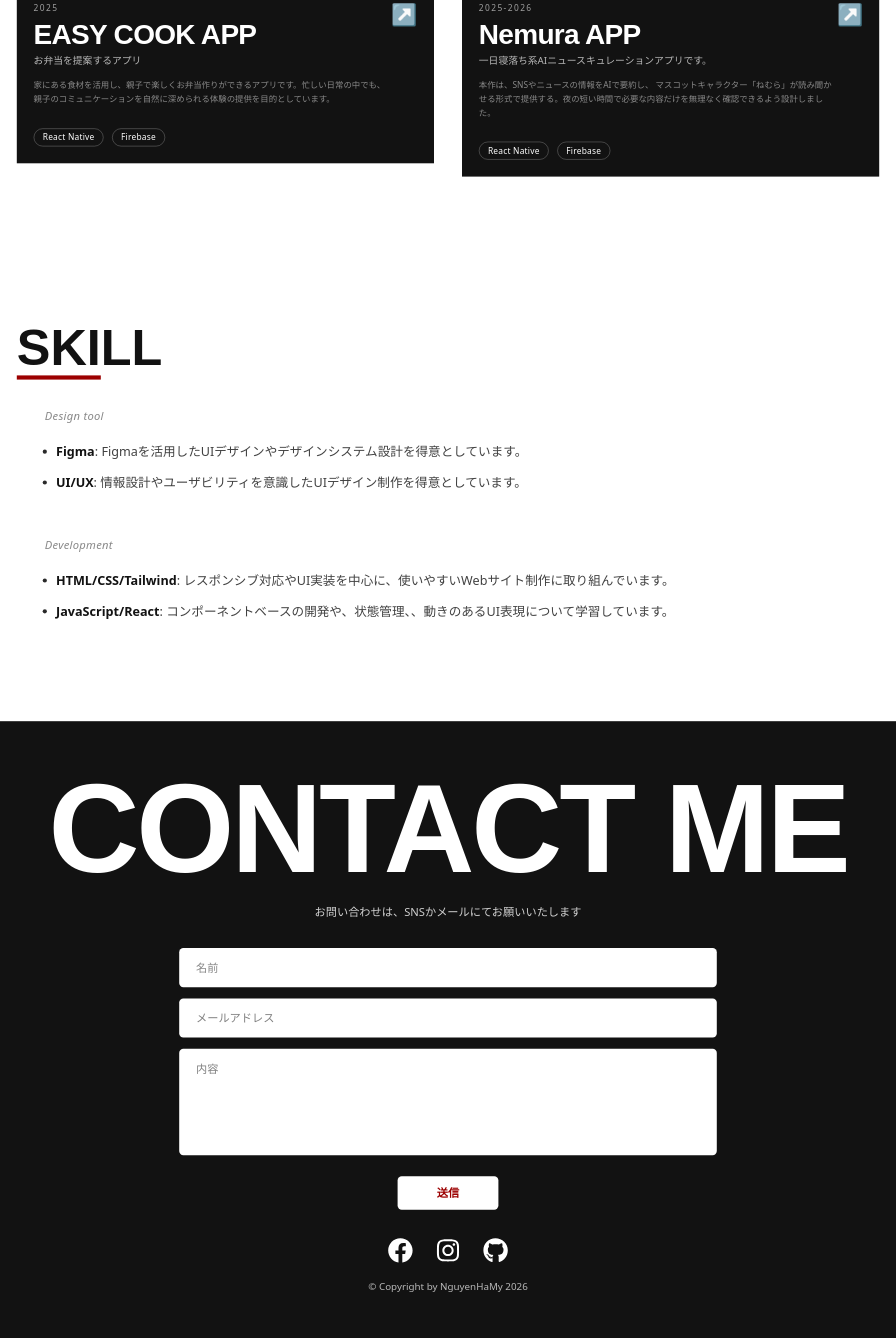
Repository: meme2603/Portfolio-HaMy
Page: / (app in my-portfolio/)
An editor plug-in stored every save of this project. The page is shown before and after the next save, followed by the edit.
The browser window is 1280 px wide. The pictures show the part of the page from y = 4346 to 6266 px (the page is 6258 px tall before and 6266 px after), at 70% of full size.
Some web fonts or font styles are not loaded; a fallback is used. The project was rebuilt for these pictures with package versions that can differ from the ones it lists, and the page was loaded fresh each time. Also part of the build but not shown: my-portfolio/vite.config.js.

Above is the page before, as saved 2026-05-29 14:54:24.

### my-portfolio/index.html
<!doctype html>
<html lang="ja">
  <head>
    <meta charset="UTF-8" />

    <link rel="icon" type="image/png" href="/memex2.png" />
    <meta name="viewport" content="width=device-width, initial-scale=1.0" />
    <title>My Portfolio</title>
    <link rel="preconnect" href="https://fonts.googleapis.com" />
    <link rel="preconnect" href="https://fonts.gstatic.com" crossorigin />
    <link
      href="https://fonts.googleapis.com/css2?family=Akshar:wght@300..700&family=Poppins:wght@300;400;600;700&display=swap"
      rel="stylesheet"
    />
  </head>
  <body>
    <div id="root"></div>

    <script type="module" src="/src/main.jsx"></script>
  </body>
</html>

### my-portfolio/src/main.jsx
import React from "react";
import ReactDOM from "react-dom/client";
import App from "./App";
import "./index.css";

ReactDOM.createRoot(document.getElementById("root")).render(
  <React.StrictMode>
    <App />
  </React.StrictMode>,
);

### my-portfolio/src/App.jsx
import Header from "./components/Header";
import Hero from "./components/Hero";
import About from "./components/About";
import Projects from "./components/Projects";
import Skills from "./components/Skills";
import Contact from "./components/Contact";
function App() {
  return (
    <div className="App">
      <Header />
      <Hero />
      <About />
      <Projects />
      <Skills />
      <Contact />
    </div>
  );
}

export default App;

### my-portfolio/src/index.css
@import "tailwindcss";
@theme {
  --color-primary: #9c0000;
  --color-background: #fff;
  --color-font: #121212;

  --opacity-overlay: 0.65;
  --opacity-glass: 0.1;

  --font-poppins: "Poppins", sans-serif;
  --font-akshar: "Akshar", sans-serif;
}

### my-portfolio/src/components/Header.jsx
import { useState } from "react";
function MenuItem({ text }) {
  return (
    <li>
      <a
        href={`#${text.toLowerCase()}`}
        className="text-primary text-xl relative group transition-colors"
      >
        {text}
        <span
          className="
            absolute left-0 -bottom-[4px] w-0 h-[1px] bg-primary
            transition-all duration-300 group-hover:w-full
          "
        ></span>
      </a>
    </li>
  );
}

function Header() {
  const [isOpen, setIsOpen] = useState(false);
  const menuItems = ["About", "Projects", "Contact"];
  return (
    <header className="fixed top-0 left-0 w-full h-24 bg-background border-b border-gray-300 z-60">
      <div className="max-w-7xl mx-auto h-full px-6 flex justify-between items-center">
        <div className="shrink-0">
          <a
            href="/"
            className="text-4xl text-primary font-semibold font-akshar"
          >
            HA MY
          </a>
        </div>

        <nav className="hidden lg:block">
          <ul className="flex space-x-10">
            {menuItems.map((item) => (
              <MenuItem key={item} text={item} />
            ))}
          </ul>
        </nav>

        <button
          onClick={() => setIsOpen(!isOpen)}
          className="block lg:hidden text-primary focus:outline-none z-50"
          aria-label="Menu"
        >
          <svg
            xmlns="http://www.w3.org/2000/svg"
            className="h-8 w-8"
            fill="none"
            viewBox="0 0 24 24"
            stroke="currentColor"
          >
            <path
              strokeLinecap="round"
              strokeLinejoin="round"
              strokeWidth="2"
              d={isOpen ? "M6 18L18 6M6 6l12 12" : "M4 6h16M4 12h16M4 18h16"}
            />
          </svg>
        </button>

        <div
          className={`
            absolute top-24 left-0 w-full bg-background border-b border-gray-300
            flex flex-col items-center shadow-lg lg:hidden
            overflow-hidden transition-all duration-700 ease-in-out
            ${isOpen ? "max-h-96 opacity-100 py-8 space-y-6" : "max-h-0 opacity-0 py-0 space-y-0 border-none"}
          `}
        >
          <div className="flex flex-col items-center w-full py-6 space-y-6">
            <a
              href="#about"
              onClick={() => setIsOpen(false)}
              className="text-primary text-2xl transition-opacity duration-700"
            >
              About
            </a>
            <a
              href="#projects"
              onClick={() => setIsOpen(false)}
              className="text-primary text-2xl transition-opacity duration-700"
            >
              Projects
            </a>
            <a
              href="#contact"
              onClick={() => setIsOpen(false)}
              className="text-primary text-2xl transition-opacity duration-700"
            >
              Contact
            </a>
          </div>
        </div>
      </div>
    </header>
  );
}

export default Header;

### my-portfolio/src/components/Hero.jsx
import avatarImg from "../assets/avatar.png";
function Hero() {
  return (
    <section className="relative w-full h-[calc(100vh-88px)] mt-24 bg-background overflow-hidden flex flex-col items-center pb-16">
      <div className="w-full pt-10 pb-5 z-20">
        <h1
          className="
            text-[90px]
            md:text-[140px]
            lg:text-[210px]
            font-bold
            font-akshar
            text-center
            leading-[0.7]
            text-font
            tracking-tighter
          "
        >
          PORTFOLIO
        </h1>
      </div>

      <div className="relative w-full max-w-[1440px] flex flex-col md:flex-row items-center md:items-end justify-center z-30">
        {/* LEFT */}
        <div className="flex-1 flex justify-center pb-8 md:pb-60 lg:pb-80">
          <div className="flex flex-col items-center text-center space-y-2">
            <p className="text-sm md:text-base lg:text-lg font-poppins">Hi!</p>

            <p className="text-sm md:text-base lg:text-lg font-poppins">
              My name is{" "}
              <span className="font-semibold text-base md:text-lg lg:text-xl font-poppins">
                NGUYEN THI HA MY
              </span>
            </p>

            <p className="text-base md:text-lg lg:text-xl font-light">
              I'm from VietNam
            </p>
          </div>
        </div>

        <div className="relative flex justify-center shrink-0">
          <img
            src={avatarImg}
            alt="Ha My"
            className="
              block
              h-[320px]
              md:h-[460px]
              lg:h-[601px]
              object-cover

            "
          />
        </div>

        <div className="flex-1 flex justify-center pb-8 md:pb-60 lg:pb-80">
          <div className="flex flex-col text-center space-y-2">
            <p className="text-base md:text-lg lg:text-xl font-light">
              I'm{" "}
              <span className="font-semibold text-base md:text-lg lg:text-xl">
                UI/UX Designer
              </span>{" "}
              and
            </p>

            <p className="text-base md:text-lg lg:text-xl font-semibold font-poppins">
              Design Engineer
            </p>

            <p className="text-sm md:text-base lg:text-lg font-light font-poppins">
              Now I'm living in Japan.
            </p>
          </div>
        </div>
      </div>
      <div className="absolute h-13 bottom-0 left-0 w-full bg-font py-3 md:py-4"></div>
      <div className="relative w-full mt-0 md:mt-0 lg:-mt-40 z-40">
        <div className="relative flex justify-center leading-none -mb-8 lg:-mb-12">
          <span
            className="
              absolute
              inset-0
              flex
              justify-center
              translate-x-[4px]
              translate-y-[4px]
              lg:text-[200px]
              md:text-[110px]
              sm:text-[80px]
              font-bold
              font-akshar
              tracking-tighter
              text-font
            "
          >
            Designer
          </span>

          <h2
            className="
              relative
              lg:text-[200px]
              md:text-[110px]
              sm:text-[80px]
              font-bold
              font-akshar
              tracking-tighter
              text-primary
            "
          >
            Designer
          </h2>
        </div>
      </div>

      {/* <div
        className="absolute
                  bottom-3
                  left-1/2
                  -translate-x-1/2
                  z-50
                  px-10
                  py-0.5"
      >
        <p className="text-background text-center text-[10px] md:text-xs font-light tracking-[2px]">
          This is my portfolio. Hope you enjoy it !
        </p>
      </div> */}
    </section>
  );
}

export default Hero;

### my-portfolio/src/components/About.jsx
import aboutImg from "../assets/about.jpg";
function About() {
  return (
    <section className="relative w-full h-auto py-24 bg-background overflow-hidden mt-16">
      <div className="max-w-7xl mx-auto px-6 md:px-10">
        {/* TITLE */}
        <div className="mb-16">
          <h1 className="text-5xl md:text-6xl lg:text-7xl font-bold font-akshar text-font leading-none">
            ABOUT ME
          </h1>

          <div className="w-[80px] md:w-[100px] lg:w-[120px] lg:h-[6px] md:h-[5px] h-[4px] bg-primary mt-1"></div>
        </div>

        {/* CONTENT */}
        <div className="flex flex-col lg:flex-row items-center lg:items-start gap-16">
          {/* LEFT */}
          <div className="w-full lg:w-[380px] shrink-0">
            <div className="bg-white rounded-2xl shadow-md p-5">
              <img
                src={aboutImg}
                alt="About Me"
                className="w-full  h-[300px] object-cover rounded-xl"
              />

              <div className="mt-5">
                <h2 className="text-3xl font-akshar font-bold tracking-wide text-font">
                  NGUYEN THI HA MY
                </h2>

                <p className="text-font/70 text-lg mt-1">2001.03.30</p>
              </div>

              <div className="flex gap-3 mt-6">
                <span className="border border-font rounded-full px-4 py-2 text-sm">
                  UI/UX Designer
                </span>

                <span className="border border-font rounded-full px-4 py-2 text-sm">
                  Design Engineer
                </span>
              </div>
            </div>
          </div>

          {/* RIGHT */}
          <div className="flex-1 max-w-[760px]">
            <h2 className="text-2xl md:text-3xl font-semibold font-akshar text-primary tracking-[4px] mb-8">
              PROFILE!!
            </h2>

            <div className="space-y-6 text-font leading-[2.2] text-sm md:text-base lg:text-lg">
              <p>
                ベトナム出身の
                <span className="font-semibold">
                  グエン ティ ハ ミー（ NGUYEN THI HA MY）
                </span>
                です。
              </p>

              <p>
                現在は専門学校で、
                <span className="font-semibold">デザインやコーディング </span>
                について学びながらWeb制作やフロントエンド技術の基礎を学んでおります。
              </p>

              <p>
                2021年に来日し、最初の1年間は日本語学校で日本語を学びました。
                <br />
                その後、ビジネス専門学校に進学し、日本の文化やビジネスマナー、コミュニケーション力を身につけてまいりました。
                その中で、コンピュータの授業を通して、Webデザインという職業があることを初めて知り、興味を持つようになりました。
              </p>

              <p>
                留学生として日本とベトナム両方の文化に触れてきた経験を活かし、将来はユーザーの多様な視点やニーズを理解し、最適な体験をデザインする
                <span className="font-semibold text-primary text-xl">
                  UI/UXデザイナー
                </span>
                を目指しております。
              </p>
            </div>
          </div>
        </div>
      </div>
    </section>
  );
}
export default About;

### my-portfolio/src/components/Projects.jsx
import ProjectSection from "./ProjectSection";
import { websiteProjects, appProjects } from "./ProjectsData";

function Projects() {
  return (
    <section className="pt-20 bg-background">
      <div className="max-w-7xl mx-auto px-6">
        <h1 className="text-5xl md:text-6xl lg:text-7xl font-akshar font-bold text-font">
          PROJECTS
        </h1>
        <div className="w-[80px] md:w-[100px] lg:w-[120px] lg:h-[6px] md:h-[5px] h-[4px] bg-primary mt-1 mb-20"></div>
        <ProjectSection
          title="Website Design"
          description="学校で学んだ知識を活かし、企画からデザイン、コーディングまで一貫して制作したWebプロジェクトです。"
          projects={websiteProjects}
        />
        <ProjectSection
          title="Application Design"
          description="チームプロジェクトとして、企画からUI/UX設計までチームで共同制作したモバイルアプリです。"
          projects={appProjects}
        />
      </div>
    </section>
  );
}

export default Projects;

### my-portfolio/src/components/Skills.jsx
import { skillData } from "./ProjectsData";

function Skill() {
  return (
    <section className="w-full pt-20 pb-16">
      <div className="max-w-7xl mx-auto px-6 pb-10">
        <h2 className="text-5xl md:text-6xl lg:text-7xl font-bold font-akshar text-font leading-none">
          SKILL
        </h2>

        <div className="w-[80px] md:w-[100px] lg:w-[120px] lg:h-[6px] md:h-[5px] h-[4px] bg-primary mt-1"></div>
      </div>

      <div className="max-w-7xl mx-auto px-16 space-y-16">
        {skillData.map((group, index) => (
          <div key={index}>
            <h3 className="text-base font-medium text-font/50 mb-6 tracking-wide italic">
              {group.category}
            </h3>

            <ul className="space-y-4 pl-4">
              {group.skills.map((skill, sIndex) => (
                <li key={sIndex} className="list-disc text-font/90 text-lg">
                  <span className="font-bold text-font">{skill.name}</span>
                  <span className="text-font/80 font-light">
                    : {skill.status} {skill.desc}
                  </span>
                </li>
              ))}
            </ul>
          </div>
        ))}
      </div>
    </section>
  );
}

export default Skill;

### my-portfolio/src/components/Contact.jsx
import { FaFacebook, FaInstagram, FaGithub } from "react-icons/fa";

function Contact() {
  return (
    <section className="bg-font text-background py-16 overflow-hidden mt-20">
      <div className="max-w-7xl mx-auto px-6">
        <h1
          className="
                text-center
                font-akshar
                font-bold
                leading-none
                tracking-tight
                text-[70px]
                sm:text-[100px]
                md:text-[140px]
                lg:text-[180px]
                "
        >
          CONTACT ME
        </h1>
        <p
          className="
                text-center
                text-sm
                md:text-base
                text-white/80
                mt-4
                mb-10
                "
        >
          お問い合わせは、SNSかメールにてお願いいたします
        </p>
        <form className="max-w-3xl mx-auto">
          <input
            type="text"
            placeholder="名前"
            className="
                    w-full
                    bg-background
                    text-font
                    rounded-md
                    px-6
                    py-4
                    mb-4
                    outline-none
                "
          />
          <input
            type="email"
            placeholder="メールアドレス"
            className="
                    w-full
                    bg-white
                    text-black
                    rounded-md
                    px-6
                    py-4
                    mb-4
                    outline-none
                "
          />
          <textarea
            placeholder="内容"
            rows="5"
            className="
                    w-full
                    bg-white
                    text-black
                    rounded-md
                    px-6
                    py-4
                    outline-none
                    resize-none
                "
          ></textarea>
          <div className="flex justify-center mt-6">
            <button
              className="
                    bg-background
                    text-primary
                    px-14
                    py-3
                    rounded-md
                    font-semibold
                    transition-all
                    duration-300
                    hover:scale-105
                    "
            >
              送信
            </button>
          </div>
        </form>
        <div className="flex justify-center gap-8 mt-10 text-4xl">
          <a href="/" className="hover:scale-110 transition-all duration-300">
            <FaFacebook />
          </a>

          <a href="/" className="hover:scale-110 transition-all duration-300">
            <FaInstagram />
          </a>

          <a href="/" className="hover:scale-110 transition-all duration-300">
            <FaGithub />
          </a>
        </div>

        {/* COPYRIGHT */}
        <p
          className="
                text-center
                text-sm
                text-background/70
                mt-6
                "
        >
          © Copyright by NguyenHaMy 2026
        </p>
      </div>
    </section>
  );
}

export default Contact;

### my-portfolio/src/components/ProjectSection.jsx
import ProjectCard from "./ProjectCard";

function ProjectSection({ title, description, projects }) {
  return (
    <section className="mb-32">
      <h2
        className="
          text-[32px]
          leading-none
          font-bold
          font-akshar
          tracking-tight
          text-primary
        "
      >
        {title}
      </h2>

      <p
        className="
          mt-4
          text-font/70
          leading-relaxed
        "
      >
        {description}
      </p>

      <div className="grid grid-cols-1 md:grid-cols-2 gap-10 mt-14">
        {projects.slice(0, 4).map((project, index) => (
          <ProjectCard
            key={index}
            year={project.year}
            title={project.title}
            titleJP={project.titleJP}
            description={project.desc}
            tags={project.tags}
            image={project.img}
          />
        ))}
      </div>
    </section>
  );
}

export default ProjectSection;

### my-portfolio/src/components/ProjectsData.js
// projectsData.js
// 1. Import ảnh ở đầu file để JS hiểu đường dẫn
import portfoliothumb from "../assets/portfoliothumb.jpg";
import coffeethumb from "../assets/coffeethumb.jpg";
import sneakerthumb from "../assets/sneakerthumb.jpg";
import okayamathumb from "../assets/okayamathumb.jpg";
import nemurathumb from "../assets/nemurathumb.jpg";
import easycookthumb from "../assets/easycookthumb.jpg";

export const websiteProjects = [
  {
    year: "2025",
    title: "Coffee Shop",
    titleJP: "カフェショップサイト",
    desc: "家族みんなが安心して過ごせるカフェをテーマに、Webサイトを制作しました。",
    tags: ["Figma", "HTML", "CSS", "JavaScript"],
    img: coffeethumb,
  },
  {
    year: "2026",
    title: "Portfolio.",
    titleJP: "ポートフォリオ",
    desc: "就職活動のために制作したポートフォリオサイトです。",
    tags: ["Figma", "React", "Tailwind"],
    img: portfoliothumb,
  },
  {
    year: "2025",
    title: "Sneaker LP",
    titleJP: "スニーカーLP",
    desc: "新作スニーカーの販売に向けた、ランディングページを制作しました。",
    tags: ["Figma", "HTML", "SCSS"],
    img: sneakerthumb,
  },
  {
    year: "2025",
    title: "Okayama kankou",
    titleJP: "観光サイト",
    desc: "昔話「桃太郎」をテーマに、岡山の伝説・史実・文化を体験できる観光サイトを制作しました。",
    tags: ["Figma", "UI/UX"],
    img: okayamathumb,
  },
];

export const appProjects = [
  {
    year: "2025",
    title: "EASY COOK APP",
    titleJP: "お弁当を提案するアプリ",
    desc: "家にある食材を活用し、親子で楽しくお弁当作りができるアプリです。忙しい日常の中でも、親子のコミュニケーションを自然に深められる体験の提供を目的としています。",
    tags: ["React Native", "Firebase"],
    img: easycookthumb,
  },
  {
    year: "2025-2026",
    title: "Nemura APP",
    titleJP: "一日寝落ち系AIニュースキュレーションアプリです。",
    desc: "本作は、SNSやニュースの情報をAIで要約し、 マスコットキャラクター「ねむら」が読み聞かせる形式で提供する。夜の短い時間で必要な内容だけを無理なく確認できるよう設計しました。",
    tags: ["React Native", "Firebase"],
    img: nemurathumb,
  },
];

// skillsData.js
export const skillData = [
  {
    category: "Design tool",
    skills: [
      {
        name: "Figma",
        // status: "上級",
        desc: "Figmaを活用したUIデザインやデザインシステム設計を得意としています。",
      },
      {
        name: "UI/UX",
        // status: "上級",
        desc: "情報設計やユーザビリティを意識したUIデザイン制作を得意としています。",
      },
    ],
  },
  {
    category: "Development",
    skills: [
      {
        name: "HTML/CSS/Tailwind",
        // status: "基礎レベル",
        desc: "レスポンシブ対応やUI実装を中心に、使いやすいWebサイト制作に取り組んでいます。",
      },
      {
        name: "JavaScript/React",
        // status: "基礎知識・学習中",
        desc: "コンポーネントベースの開発や、状態管理、、動きのあるUI表現について学習しています。",
      },
    ],
  },
];

### my-portfolio/src/components/ProjectCard.jsx
// ProjectCard = component dùng để hiển thị 1 project card
function ProjectCard({ year, title, titleJP, description, tags, image }) {
  return (
    <div className="group cursor-pointer ">
      <div className="overflow-hidden bg-font">
        <img
          src={image}
          alt={title}
          className="
            w-full
            object-cover
            transition-all
            duration-500
            group-hover:scale-105
            group-hover:opacity-90
          "
        />
      </div>

      {/* INFO */}
      <div className="bg-font text-background px-6 py-6 ">
        <div className="flex items-start justify-between">
          <div>
            {/* ĐIỀN NĂM VÀO ĐÂY */}
            <p className="text-[12px] tracking-[2px] text-background/60 ">
              {year}
            </p>

            {/* ĐIỀN TIÊU ĐỀ VÀO ĐÂY */}
            <h3
              className="
                text-[40px]
                leading-none
                font-bold
                font-akshar
                tracking-tight
                mt-2
              "
            >
              {title}
            </h3>

            {/* ĐIỀN TIẾNG NHẬT VÀO ĐÂY */}
            <p className="text-sm text-background/70 mt-2">{titleJP}</p>

            {/* ĐIỀN MÔ TẢ VÀO ĐÂY */}
            <p className="text-xs text-background/50 leading-relaxed mt-4">
              {description}
            </p>
          </div>

          <div
            className="
              text-3xl
              transition-transform
              duration-300
              group-hover:translate-x-1
              group-hover:-translate-y-1
            "
          >
            ↗
          </div>
        </div>

        {/* BOTTOM - CHỖ NÀY ĐỂ HIỆN TAGS TỰ ĐỘNG NÈ */}
        <div className="mt-8 flex items-center gap-3 flex-wrap">
          {tags &&
            tags.map((tag, index) => (
              <span
                key={index}
                className="
                border
                border-background/30
                rounded-full
                px-3
                py-1
                text-xs
                tracking-wide
              "
              >
                {tag}
              </span>
            ))}
        </div>
      </div>
    </div>
  );
}

export default ProjectCard;

After the next save:
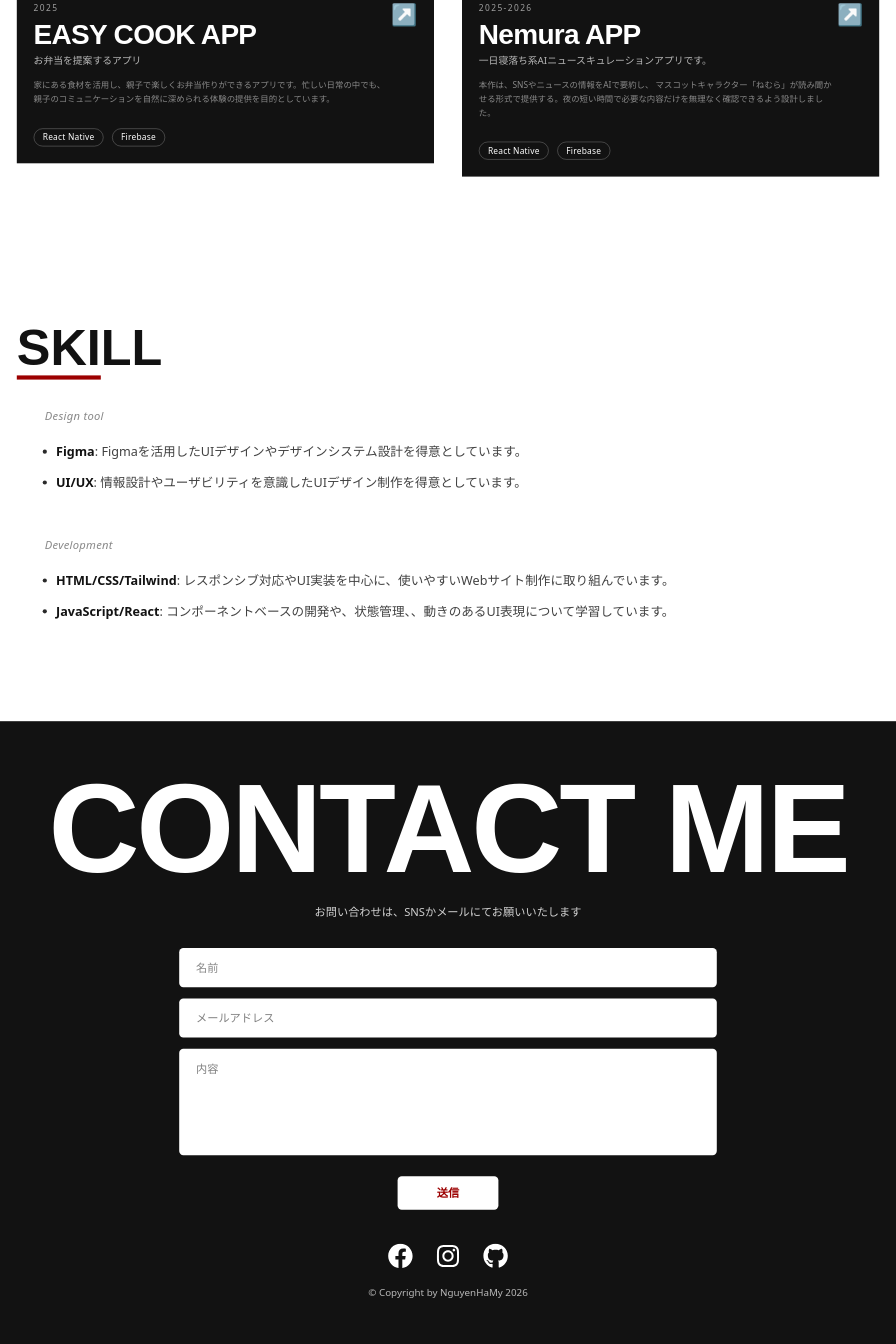
Saved 17 s later.
--- a/my-portfolio/src/components/Contact.jsx
+++ b/my-portfolio/src/components/Contact.jsx
@@ -92,7 +92,7 @@ function Contact() {
             </button>
           </div>
         </form>
-        <div className="flex justify-center gap-8 mt-10 text-4xl">
+        <div className="flex justify-center gap-8 mt-12 text-4xl">
           <a href="/" className="hover:scale-110 transition-all duration-300">
             <FaFacebook />
           </a>
